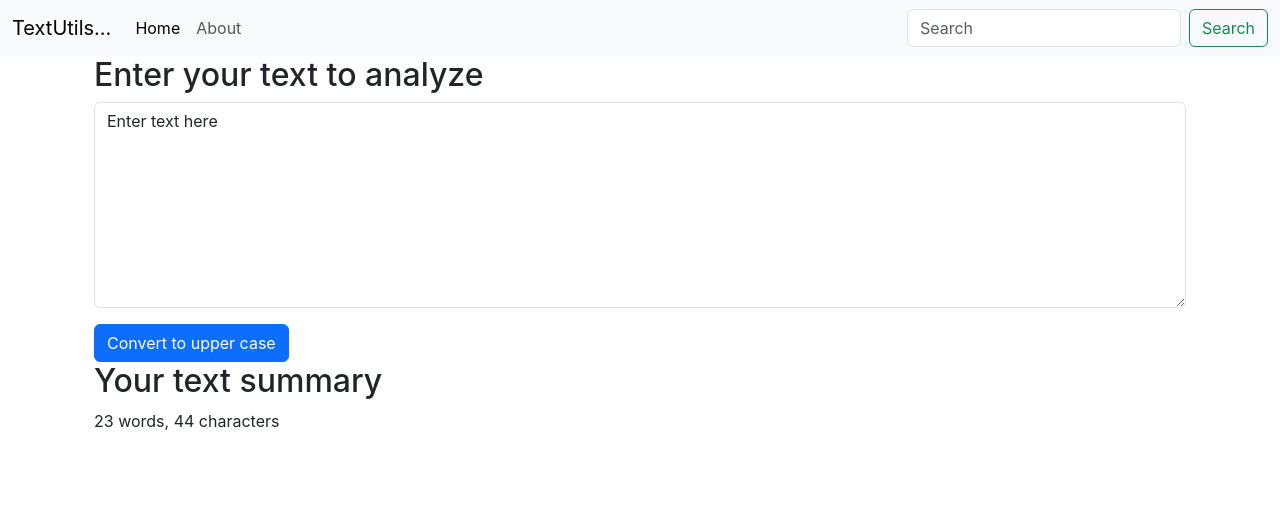
Repository: SujanNagaju/react-demo
Page: /
An editor plug-in stored every save of this project. The page is shown before and after the next save, followed by the edit.
The browser window is 1280 px wide. The pictures show the whole page.
The project was rebuilt for these pictures with package versions that can differ from the ones it lists, and the page was loaded fresh each time. Also part of the build but not shown: src/App.css.

Above is the page before, as saved 2024-12-29 13:59:21.

After the next save:
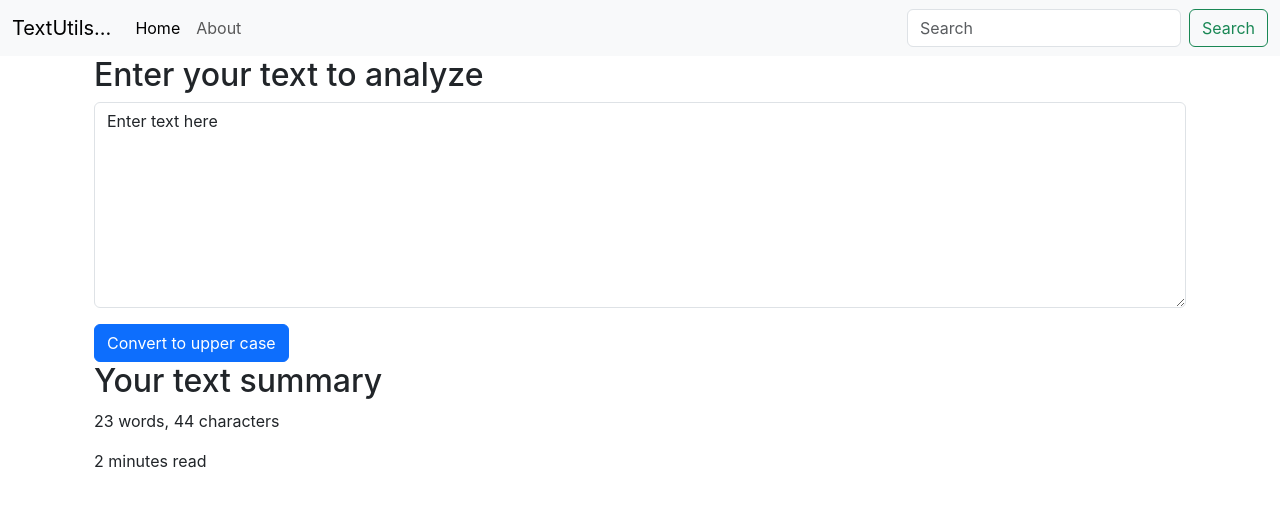
Saved 12 s later.
--- a/src/components/TextForm.js
+++ b/src/components/TextForm.js
@@ -26,6 +26,7 @@
       <div className="container">
         <h2>Your text summary</h2>
         <p>23 words, 44 characters</p>
+        <p>2 minutes read</p>
       </div>
     </>
   )
